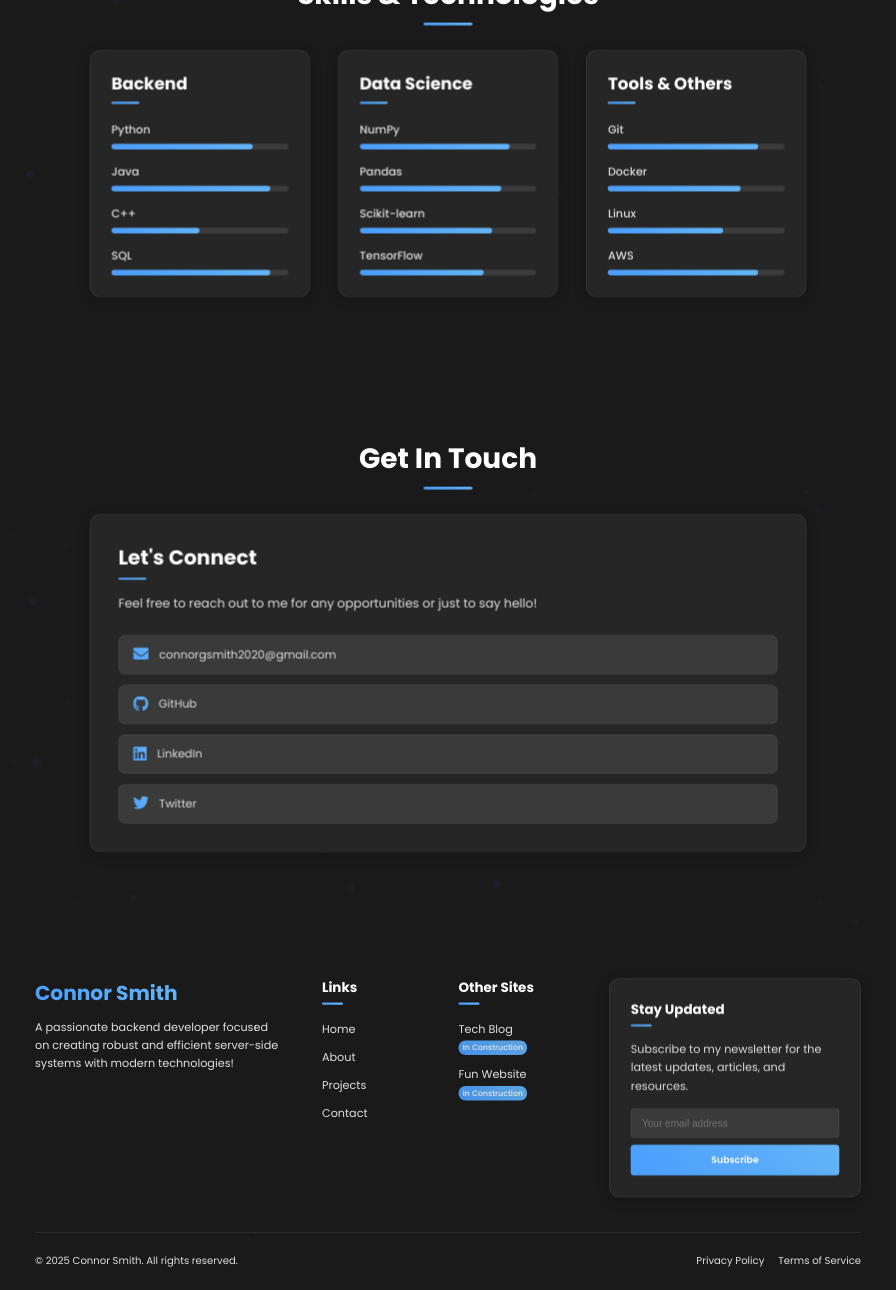
Repository: connorGS9/portfolio-website
Page: /
An editor plug-in stored every save of this project. The page is shown before and after the next save, followed by the edit.
The browser window is 1280 px wide. The pictures show the part of the page from y = 1896 to 3816 px (the page is 3739 px tall before and 3816 px after), at 70% of full size.
The project was rebuilt for these pictures with package versions that can differ from the ones it lists, and the page was loaded fresh each time.

Above is the page before, as saved 2025-06-04 23:18:26.

After the next save:
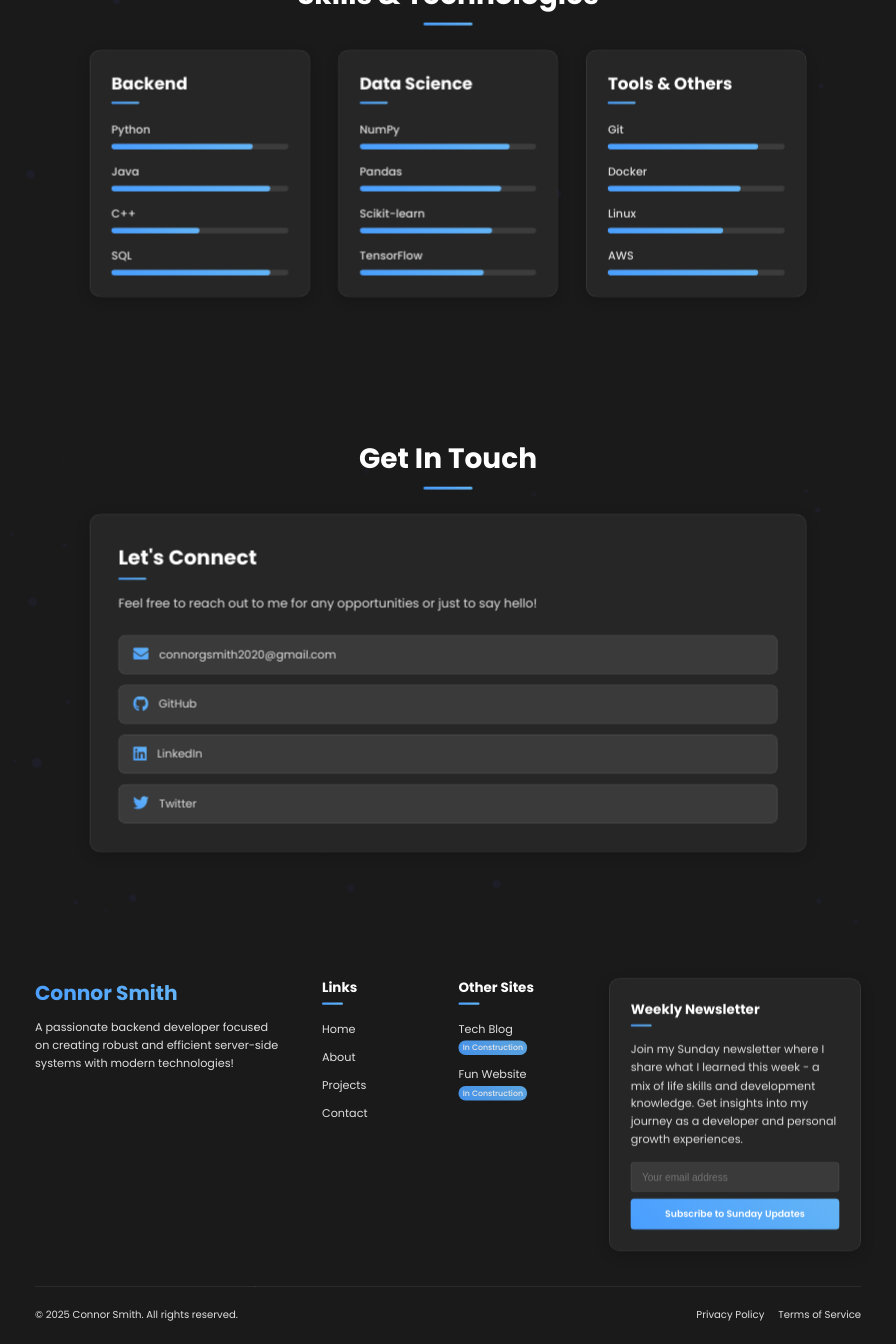
Saved 2 min 37 s later.
--- a/src/components/Footer.jsx
+++ b/src/components/Footer.jsx
@@ -51,9 +51,10 @@ const Footer = () => {
           </div>
 
           <div className="footer__newsletter">
-            <h3 className="footer__newsletter-title">Stay Updated</h3>
+            <h3 className="footer__newsletter-title">Weekly Newsletter</h3>
             <p className="footer__newsletter-description">
-              Subscribe to my newsletter for the latest updates, articles, and resources.
+              Join my Sunday newsletter where I share what I learned this week - a mix of life skills and development knowledge.
+              Get insights into my journey as a developer and personal growth experiences.
             </p>
             <form className="footer__newsletter-form">
               <input
@@ -63,7 +64,7 @@ const Footer = () => {
                 className="footer__newsletter-input"
               />
               <button type="submit" className="footer__newsletter-button">
-                Subscribe
+                Subscribe to Sunday Updates
               </button>
             </form>
           </div>
